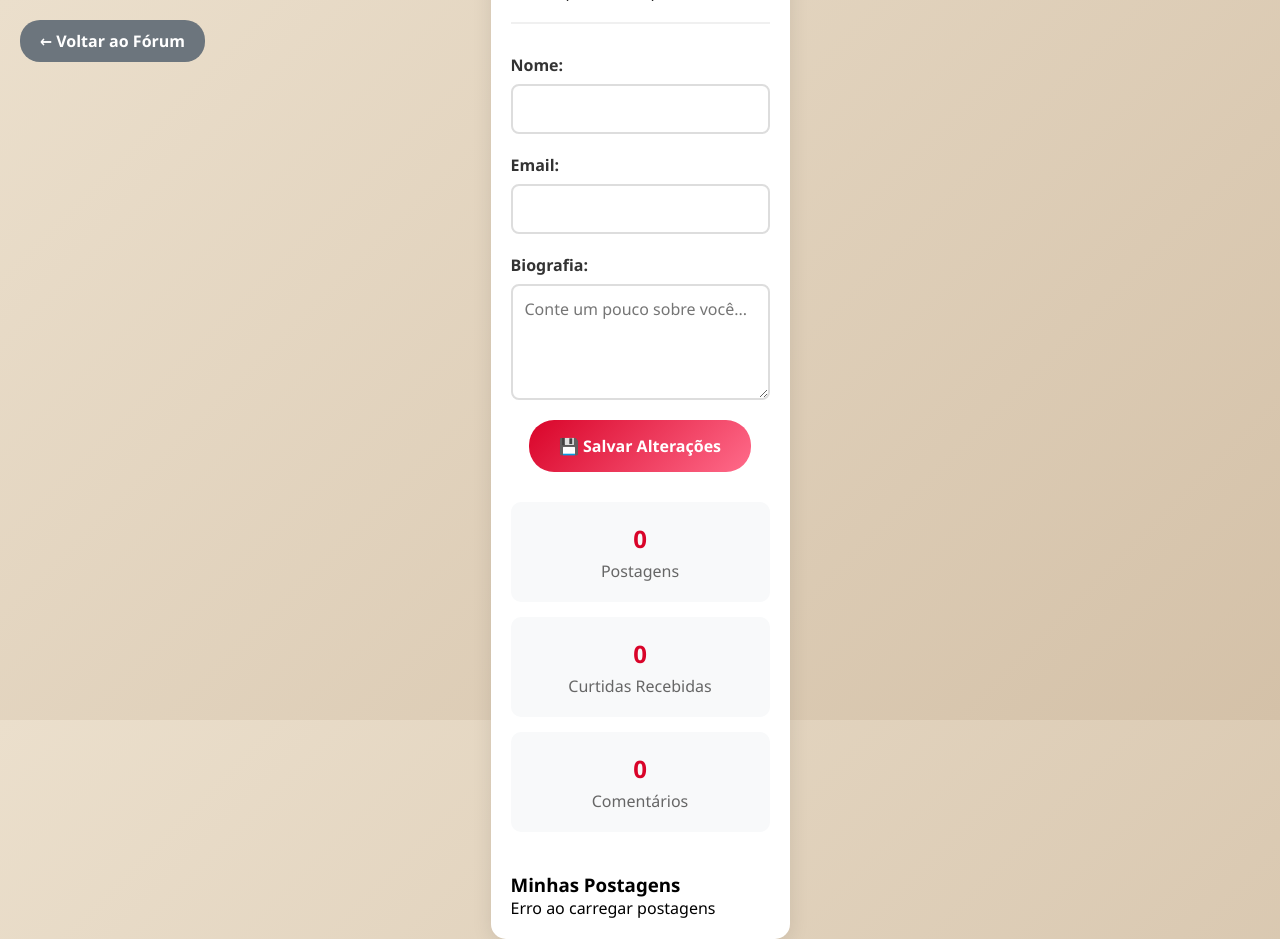
Repository: annaluizapm/MicroMidia
Page: front/HTML/perfil.html
The author's editor kept a copy of each file at every save. The page is drawn from the files as they stood at one save, then again after the next save.
The browser window is 1280 px wide. The pictures show the whole page.
The page's requests for data from a server got no answer. An inner scrolling area shows only its first screen.

Above is the page before, as saved 2025-08-16 00:39:51.

After the next save:
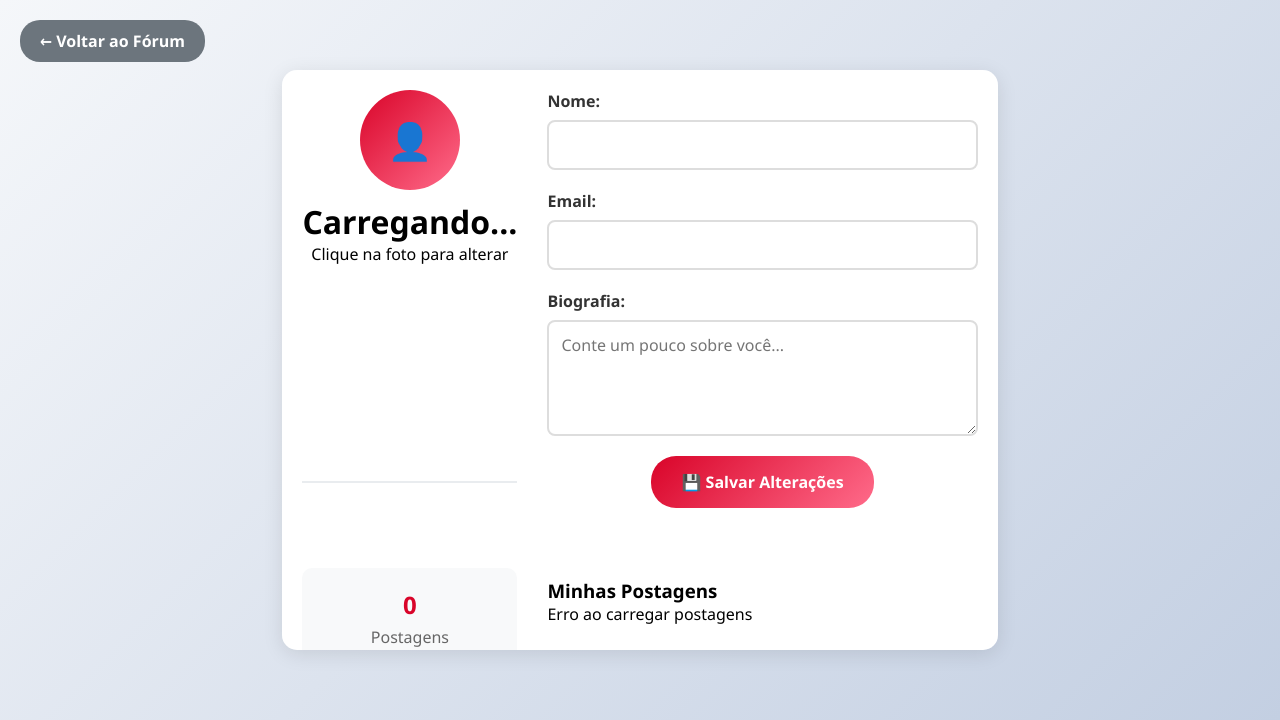
Saved 33 s later.
--- a/front/HTML/perfil.html
+++ b/front/HTML/perfil.html
@@ -6,43 +6,68 @@
     <title>Meu Perfil - Micro Mídia</title>
     <link rel="stylesheet" href="../CSS/style.css">
     <style>
+        body {
+            margin: 0;
+            padding: 0;
+            background: linear-gradient(135deg, #f5f7fa 0%, #c3cfe2 100%);
+            min-height: 100vh;
+        }
+
         .perfil-container {
-            max-width: 800px;
-            margin: 40px auto;
+            max-width: 1000px;
+            margin: 20px auto;
             padding: 20px;
             background: white;
             border-radius: 15px;
             box-shadow: 0 4px 20px rgba(0,0,0,0.1);
+            height: calc(100vh - 140px);
+            overflow-y: auto;
+            display: grid;
+            grid-template-columns: 1fr 2fr;
+            gap: 30px;
+        }
+
+        .perfil-sidebar {
+            background: #f8f9fa;
+            padding: 25px;
+            border-radius: 12px;
+            height: fit-content;
+            position: sticky;
+            top: 20px;
+        }
+
+        .perfil-content {
+            padding: 0;
         }
 
         .perfil-header {
             text-align: center;
-            margin-bottom: 30px;
+            margin-bottom: 25px;
             padding-bottom: 20px;
-            border-bottom: 2px solid #f0f0f0;
+            border-bottom: 2px solid #e9ecef;
         }
 
         .foto-perfil {
-            width: 120px;
-            height: 120px;
+            width: 100px;
+            height: 100px;
             border-radius: 50%;
             object-fit: cover;
-            border: 4px solid #D90429;
-            margin-bottom: 15px;
+            border: 3px solid #D90429;
+            margin-bottom: 10px;
             cursor: pointer;
         }
 
         .foto-placeholder {
-            width: 120px;
-            height: 120px;
+            width: 100px;
+            height: 100px;
             border-radius: 50%;
             background: linear-gradient(135deg, #D90429, #ff6b8a);
             display: flex;
             align-items: center;
             justify-content: center;
             color: white;
-            font-size: 48px;
-            margin: 0 auto 15px;
+            font-size: 36px;
+            margin: 0 auto 10px;
             cursor: pointer;
         }
 
